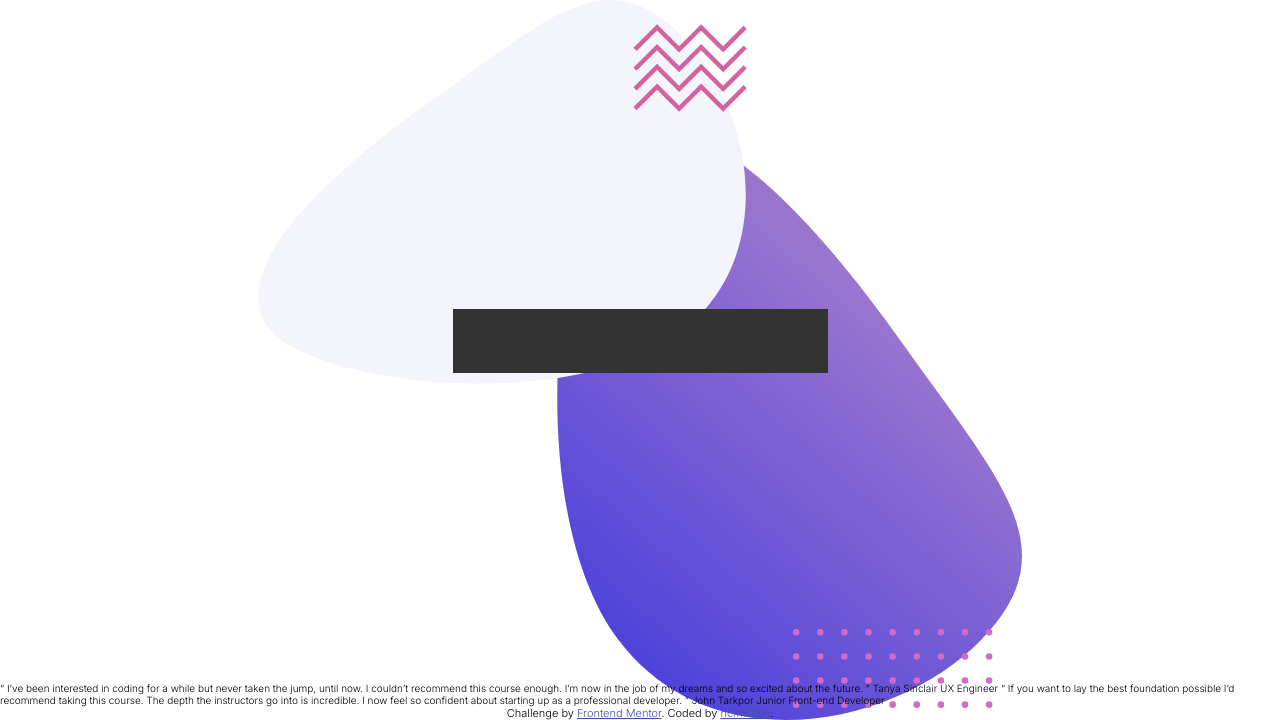
Repository: Hcmwebs/Coding-Bootcamp-Testimonials
Page: index.html
An editor plug-in stored every save of this project. The page is shown before and after the next save, followed by the edit.
The browser window is 1280 px wide. The pictures show the whole page.
The style sheet was rebuilt from its Sass, Less or Tailwind sources for each picture, by a compiler version that may differ from the author's.

Above is the page before, as saved 2020-10-29 14:20:59.

### index.html
<!DOCTYPE html>
<html lang="en">
  <head>
    <meta charset="UTF-8" />
    <meta name="viewport" content="width=device-width, initial-scale=1.0" />
    <!-- displays site properly based on user's device -->

    <link
      rel="icon"
      type="image/png"
      sizes="32x32"
      href="./images/favicon-32x32.png"
    />
    <link rel="stylesheet" href="css/main.css" />
    <title>Frontend Mentor | Coding Bootcamp Testimonials Slider</title>

    <!-- Feel free to remove these styles or customise in your own stylesheet 👍 -->
    <style>
      .attribution {
        font-size: 11px;
        text-align: center;
      }
      .attribution a {
        color: hsl(228, 45%, 44%);
      }
    </style>
  </head>
  <body>
    <div class="container">
      <div class="card">
        <div class="card__header"></div>
        <div class="card__body"></div>
      </div>
    </div>
    “ I’ve been interested in coding for a while but never taken the jump, until
    now. I couldn’t recommend this course enough. I’m now in the job of my
    dreams and so excited about the future. ” Tanya Sinclair UX Engineer “ If
    you want to lay the best foundation possible I’d recommend taking this
    course. The depth the instructors go into is incredible. I now feel so
    confident about starting up as a professional developer. ” John Tarkpor
    Junior Front-end Developer

    <div class="attribution">
      Challenge by
      <a href="https://www.frontendmentor.io?ref=challenge" target="_blank"
        >Frontend Mentor</a
      >. Coded by <a href="https://github.com/Hcmwebs">hcmwebs</a>.
    </div>
    <script src="main.js"></script>
  </body>
</html>

### scss/main.scss
@use 'variables';

@import url('https://fonts.googleapis.com/css2?family=Inter:wght@300;400&display=swap');

$font-stack:'Inter',sans-serif;

@mixin gridCenter{
  display: grid;
  place-items: center;
}

@mixin flexCenter {
  display: flex;
  justify-content: center;
  align-items: center;

}

@mixin flexSpaceBetween {
  @include flexCenter;
  justify-content: space-between;
}


*{
  margin: 0;
  padding: 0;
  box-sizing: border-box;

}
body{
  font-family: $font-stack;
  font-size: 10px;
  font-weight: 300;
  background-image: url(/images/pattern-bg.svg);
  background-position: top center;
  background-size:contain;
  background-repeat: no-repeat;
  height: 100vh;
  width: 100%;
  @include flexCenter;
  flex-direction: column;
}

.container{
  width: 100%;
  max-width: 375px;
  height: 100vh;
  @include gridCenter;
  grid-template-columns: 1fr;
}
.card{
width: 100%;
padding: 2rem;
@include gridCenter;
background-color: #333;
}

### scss/_variables.scss

$primaryColor : rgba(32,32,17, 1.0);

Loaded but not shown: main.js (no stored copy; drawn as an empty file)

After the next save:
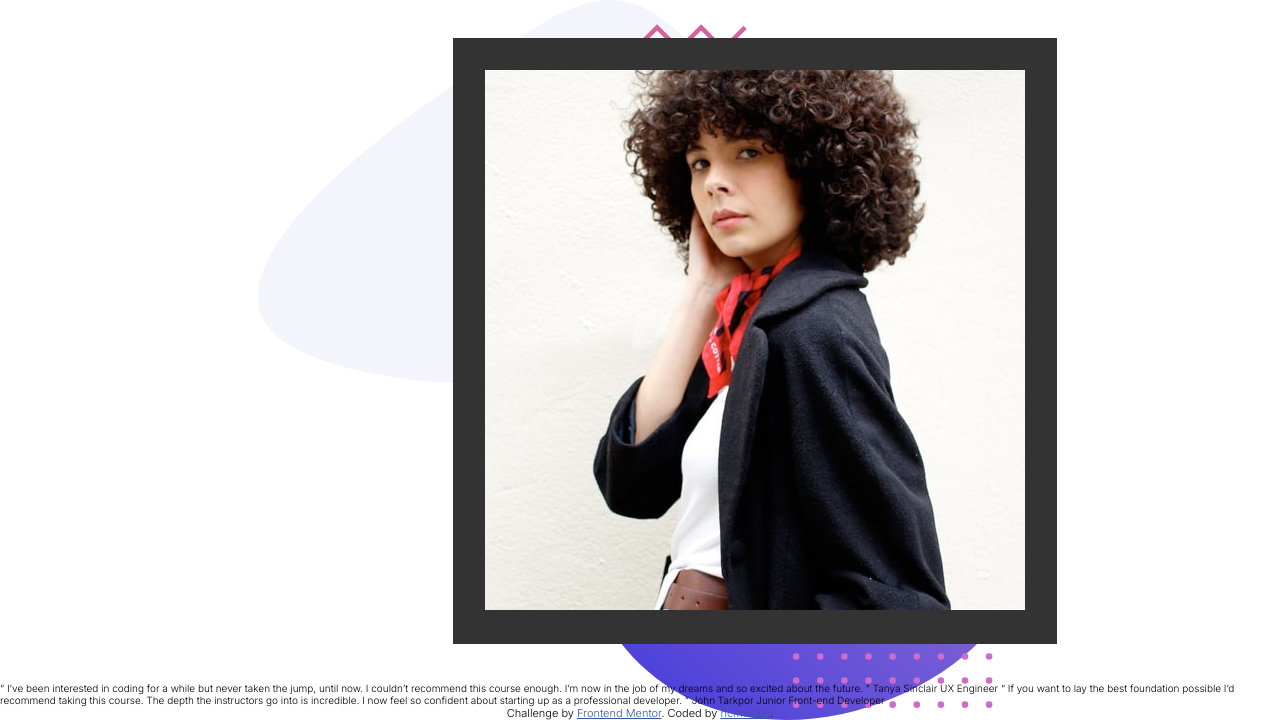
Saved 86 s later.
--- a/index.html
+++ b/index.html
@@ -28,7 +28,13 @@
   <body>
     <div class="container">
       <div class="card">
-        <div class="card__header"></div>
+        <div class="card__header">
+          <img
+            src="images/image-tanya.jpg"
+            alt="Profile Tanya"
+            id="profileTanya"
+          />
+        </div>
         <div class="card__body"></div>
       </div>
     </div>
